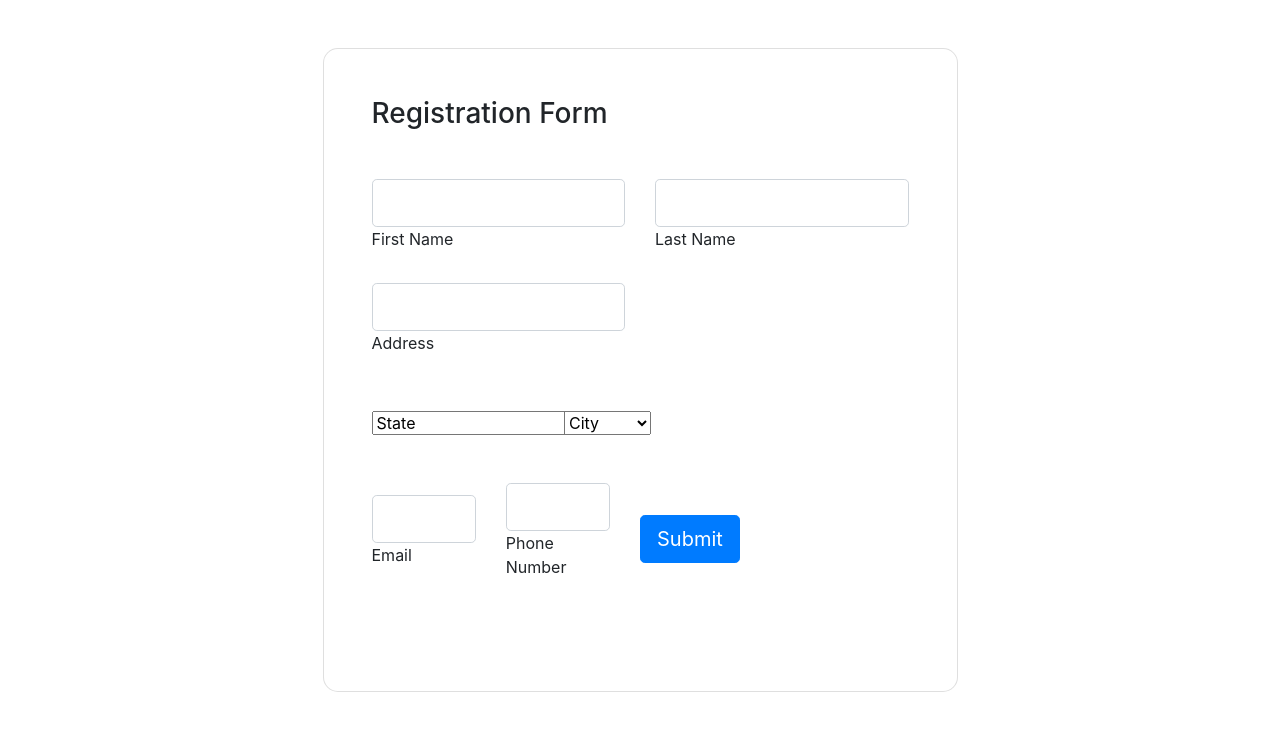
Repository: KeithKeithZ/libapp
Page: http://localhost/userRegister
The author's editor kept a copy of each file at every save. The page is drawn from the files as they stood at one save, then again after the next save.
The browser window is 1280 px wide. The pictures show the whole page.
The page is served by the project's Laravel application, run on PHP 8.4 with Laravel 8.

Above is the page before, as saved 2021-12-03 12:54:14.

After the next save:
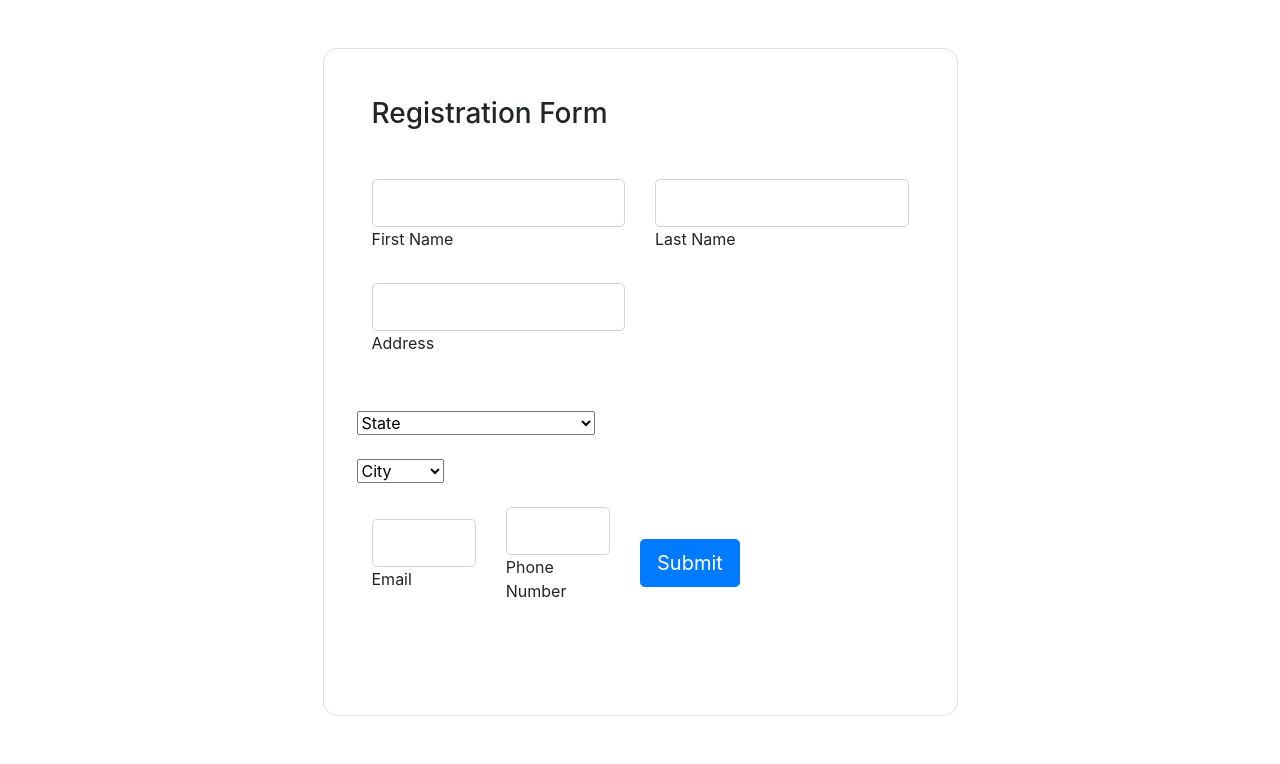
Saved 10 s later.
--- a/resources/views/userRegister.blade.php
+++ b/resources/views/userRegister.blade.php
@@ -49,25 +49,23 @@
                         </div>
 
                         <div class="row">
-                            <div class="col-md-6 mb-4 d-flex align-items-center">
-                                <div class="col-md-10 mb-4">
-                                    <select>
-                                        <option value="1">State</option>
-                                        <option value="2">Alberta</option>
-                                        <option value="3">British Columbia</option>
-                                        <option value="4">Manitoba</option>
-                                        <option value="5">New Brunswick</option>
-                                        <option value="6">Newfoundland and Labrador</option>
-                                        <option value="7">Northwest Territories</option>
-                                        <option value="8">Nova Scotia</option>
-                                        <option value="9">Nunavut</option>
-                                        <option value="10">Ontario</option>
-                                        <option value="11">Prince Edward Island</option>
-                                        <option value="12">Quebec</option>
-                                        <option value="13">Saskatchewan</option>
-                                        <option value="14">Yukon</option>
-                                    </select>
-                                </div>
+                            <div class="col-md-10 mb-4">
+                                <select>
+                                    <option value="1">State</option>
+                                    <option value="2">Alberta</option>
+                                    <option value="3">British Columbia</option>
+                                    <option value="4">Manitoba</option>
+                                    <option value="5">New Brunswick</option>
+                                    <option value="6">Newfoundland and Labrador</option>
+                                    <option value="7">Northwest Territories</option>
+                                    <option value="8">Nova Scotia</option>
+                                    <option value="9">Nunavut</option>
+                                    <option value="10">Ontario</option>
+                                    <option value="11">Prince Edward Island</option>
+                                    <option value="12">Quebec</option>
+                                    <option value="13">Saskatchewan</option>
+                                    <option value="14">Yukon</option>
+                                </select>
                             </div>
 
                             <div class="col-md-6 mb-4">
